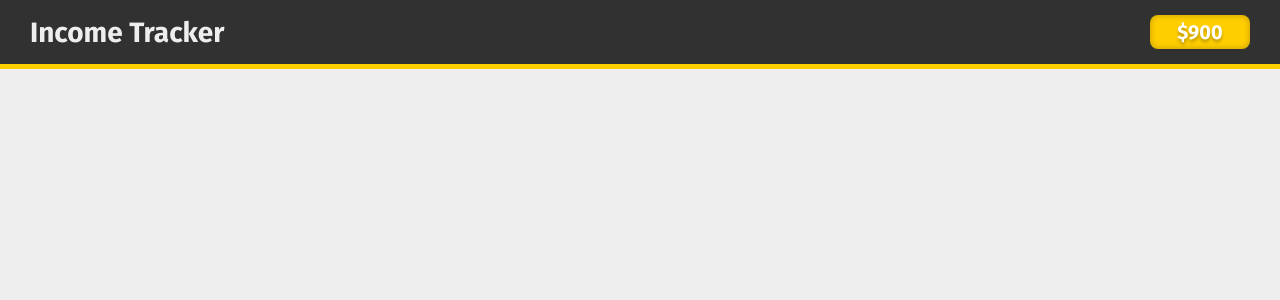
Repository: kate30980/incometracker
Page: /
These files come from the project's save history. The page is drawn as it stood at one moment and after the next save; the edit follows.
The browser window is 1280 px wide. The pictures show the whole page.
The project was rebuilt for these pictures with package versions that can differ from the ones it lists, and the page was loaded fresh each time.

Above is the page before, as saved 2021-08-23 17:11:24.

### public/index.html
<!DOCTYPE html>
<html lang="">

<head>
  <meta charset="utf-8">
  <meta http-equiv="X-UA-Compatible" content="IE=edge">
  <meta name="viewport" content="width=device-width,initial-scale=1.0">
  <link rel="icon" href="<%= BASE_URL %>favicon.ico">
  <title>
    <%= htmlWebpackPlugin.options.title %>
  </title>
  <link rel="preconnect" href="https://fonts.googleapis.com">
  <link rel="preconnect" href="https://fonts.gstatic.com" crossorigin>
  <link href="https://fonts.googleapis.com/css2?family=Fira+Sans:wght@300;500;700&display=swap" rel="stylesheet">
</head>

<body>
  <noscript>
    <strong>We're sorry but <%= htmlWebpackPlugin.options.title %> doesn't work properly without JavaScript enabled.
        Please enable it to continue.</strong>
  </noscript>
  <div id="app"></div>
  <!-- built files will be auto injected -->
</body>

</html>

### src/App.vue
<template>
  <Header :totalIncome = "state.totalIncome" />
</template>

<script>
import { reactive, computed } from 'vue';
import Header from './components/Header.vue'

export default {
  setup(){
    const state = reactive({
      income: [{
        value: 400
      },{
        value: 500
      }],
      totalIncome: computed(() => {
        let temp = 0;

        if (state.income.length > 0) {
          for (let i = 0; i < state.income.length; i++) {
            temp += state.income[i].value;
          }
        }

        return temp;
      })
    });

    return{
      state
    }
  },
  components: {
    Header
  }
}
</script>

<style>
*{
  margin: 0;
  padding: 0;
  box-sizing: border-box;
  font-family: 'Fira Sans', sans-serif;
}
body{
  background-color: #eee;
}
</style>

### src/components/Header.vue
<template>
  <header>
      <h1>Income Tracker</h1>
      <div class="total-income">${{ totalIncome }}</div>
  </header>
</template>

<script>
export default {
  props: {
      totalIncome:Number,
  }
}
</script>

<style scoped>
header{
    display: flex;
    justify-content:space-between;
    align-items:center;
    padding: 15px 30px;
    background-color: #313131;
    border-bottom: 5px solid #FFCE00;
}
header h1{
    color: #EEE;
    font-size: 28px;
}
header .total-income{
    font-family: 'Fira Code', 'Fira Sans', sans-serif;
    background-color: #FFCE00;
    color: #FFF;
    font-size: 20px;
    font-weight: 900;
    padding: 5px 10px;
    min-width: 100px;
    text-align: center;
    border-radius: 8px;
    box-shadow: inset 0px 0px 6px rgba(0,0,0,0.25);
    text-shadow: 0px 3px 3px rgba(0,0,0,0.25);
}
</style>

Loaded but not shown: src/main.js (common file)

After the next save:
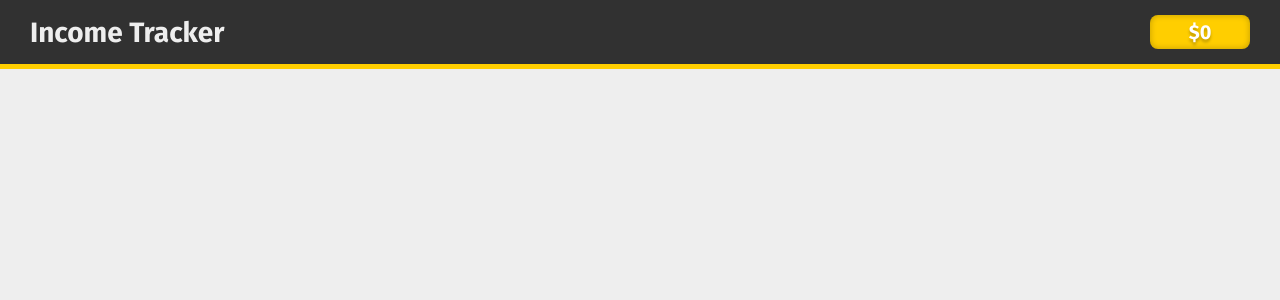
Saved 22 s later.
--- a/src/App.vue
+++ b/src/App.vue
@@ -9,11 +9,7 @@ import Header from './components/Header.vue'
 export default {
   setup(){
     const state = reactive({
-      income: [{
-        value: 400
-      },{
-        value: 500
-      }],
+      income: [],
       totalIncome: computed(() => {
         let temp = 0;
 
